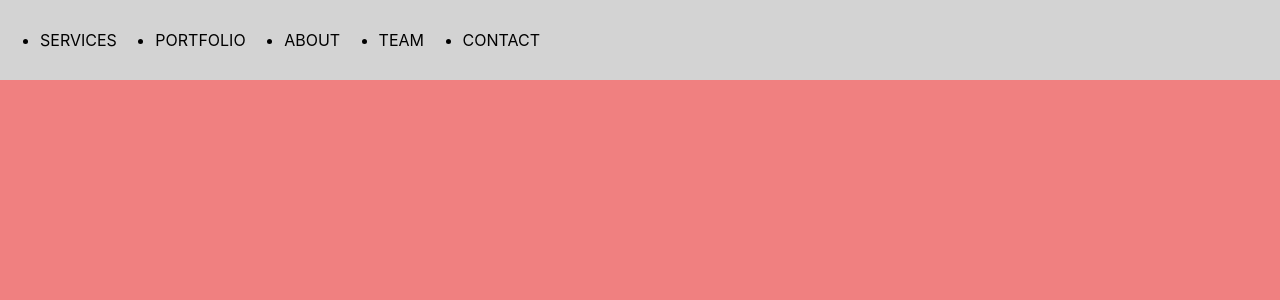
Repository: ooter37/media-queries-afternoon
Page: / (app in portfolio-clone/)
The author's editor kept a copy of each file at every save. The page is drawn from the files as they stood at one save, then again after the next save.
The browser window is 1280 px wide. The pictures show the whole page.
The project was rebuilt for these pictures with package versions that can differ from the ones it lists, and the page was loaded fresh each time.

Above is the page before, as saved 2020-04-13 13:29:43.

### portfolio-clone/src/App.js
import React from 'react';
import './App.css';
import Banner from './Components/Banner'

function App() {
  return (
    <div className="App">
      <Banner />
    </div>
  );
}

export default App;

### portfolio-clone/src/App.css
body {
  width: 100vw;
  background-color: lightcoral;
}

.header {
  width: 100%;
  height: 80px;
  background-color: lightgrey;
  display: flex;
}

.navbar {
  height: 100%;
  width: 100%;
  display: flex;

  align-items: center;
}

.buttons {
  width: 500px;
	display: flex;
	flex-direction: row;
	justify-content: space-between;
  align-items: center;
  margin-right: 0 ;
}

### portfolio-clone/src/Components/Banner.js
import React from 'react'



export default class Banner extends React.Component {
    constructor() {
        super()

    }
    render() {
        return (
            <header className='header'>
                <nav className='navbar'>
                    <ul className='buttons'>
                        <li>
                            <div>SERVICES</div>
                        </li>
                        <li>
                            <div>PORTFOLIO</div>
                        </li>
                        <li>
                            <div>ABOUT</div>
                        </li>
                        <li>
                            <div>TEAM</div>
                        </li>
                        <li>
                            <div>CONTACT</div>
                        </li>
                    </ul>
                </nav>
            </header>
        )
    }
}

Loaded but not shown: portfolio-clone/public/index.html (common file); portfolio-clone/src/index.js (common file); portfolio-clone/src/index.css (common file); portfolio-clone/src/serviceWorker.js (common file)

After the next save:
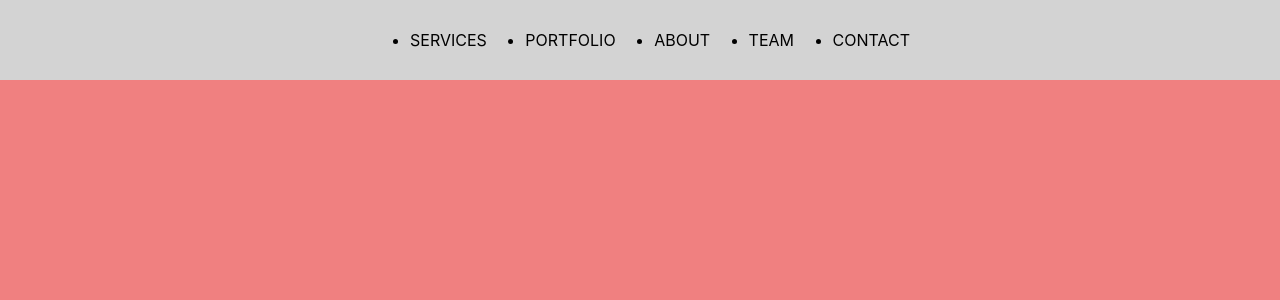
Saved 11 s later.
--- a/portfolio-clone/src/App.css
+++ b/portfolio-clone/src/App.css
@@ -24,5 +24,5 @@
 	flex-direction: row;
 	justify-content: space-between;
   align-items: center;
-  margin-right: 0 ;
+margin: 0 auto;
 }

After the save that followed:
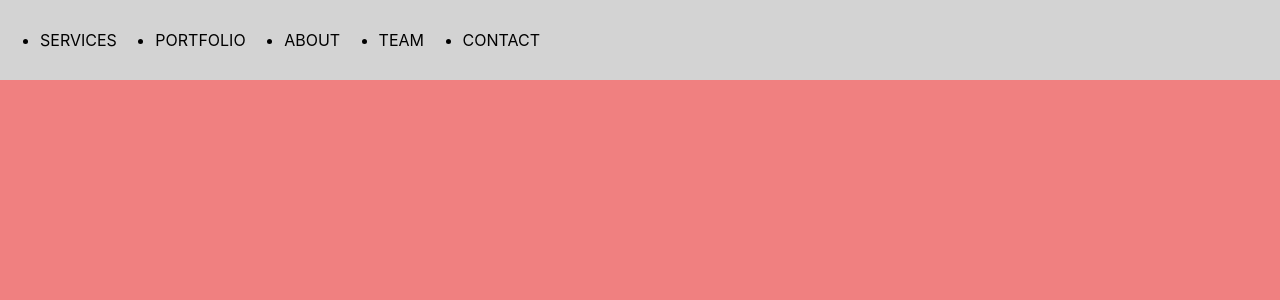
Saved 9 s later.
--- a/portfolio-clone/src/App.css
+++ b/portfolio-clone/src/App.css
@@ -24,5 +24,5 @@
 	flex-direction: row;
 	justify-content: space-between;
   align-items: center;
-margin: 0 auto;
+  margin-right: 0 auto;
 }
